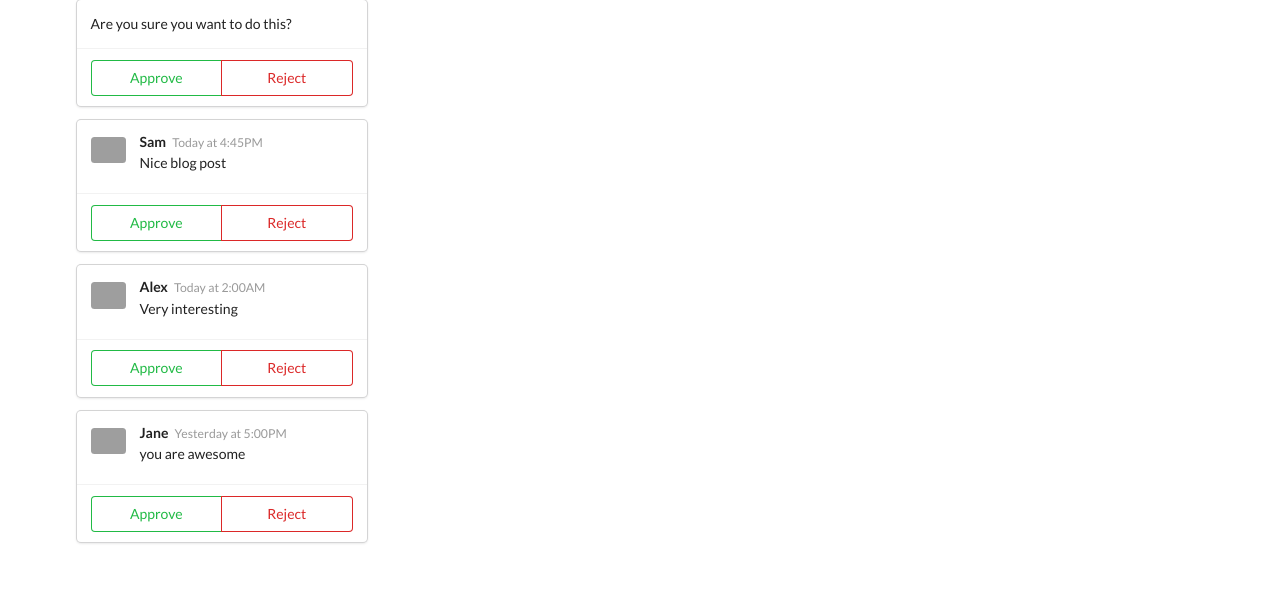
Repository: EgorSherstnev/Components
Page: /
These files come from the project's save history. The page is drawn as it stood at one moment and after the next save; the edit follows.
The browser window is 1280 px wide. The pictures show the whole page.
Pictures or frames that could not be fetched are drawn as grey boxes. The project was rebuilt for these pictures with package versions that can differ from the ones it lists, and the page was loaded fresh each time.

Above is the page before, as saved 2022-09-19 22:57:57.

### src/index.js
import React from "react";
import  ReactDOM  from "react-dom";
import { faker } from "@faker-js/faker";
import CommentDetail from "./CommentDetail";
import ApprovalCard from "./ApprovalCard";

const App = () => {
    return (
        <div className="ui container comments">
          <ApprovalCard>
               Are you sure you want to do this?
          </ApprovalCard>

          <ApprovalCard>
               <CommentDetail
                    author="Sam"
                    timeAgo="Today at 4:45PM"
                    content="Nice blog post"
                    avatar={faker.image.avatar()} />
          </ApprovalCard>
          <ApprovalCard>
               <CommentDetail
                    author="Alex"
                    timeAgo="Today at 2:00AM"
                    content="Very interesting"
                    avatar={faker.image.avatar()} />
          </ApprovalCard>
          <ApprovalCard>
               <CommentDetail
                    author="Jane"
                    timeAgo="Yesterday at 5:00PM"
                    content="you are awesome"
                    avatar={faker.image.avatar()} />
          </ApprovalCard>
        </div>
    );
};

ReactDOM.render(<App />, document.querySelector('#root'))

### src/CommentDetail.js
import React from "react";

const CommentDetail = props => {
    return (
        <div className="comment">
                <a href="/" className="avatar">
                    <img alt="avatar" src={props.avatar}/>
                </a>
                <div className="content">
                    <a href="/" className="author">
                        {props.author}
                    </a>
                    <div className="metadata">
                        <span className="date">{props.timeAgo}</span>
                    </div>
                    <div className="text">{props.content}</div>
                </div>
            </div>
    );
};

export default CommentDetail;

### src/ApprovalCard.js
import React from "react";

const ApprovalCard = props => {
    return (
        <div className="ui card">
            <div className="content">
                {props.children}
            </div>
            <div className="extra content">
                <div className="ui two buttons">
                    <div className="ui basic green button">
                        Approve
                    </div>
                    <div className="ui basic red button">Reject</div>
                </div>
            </div>
        </div>
    );
};

export default ApprovalCard;

Loaded but not shown: public/index.html (common file)

After the next save:
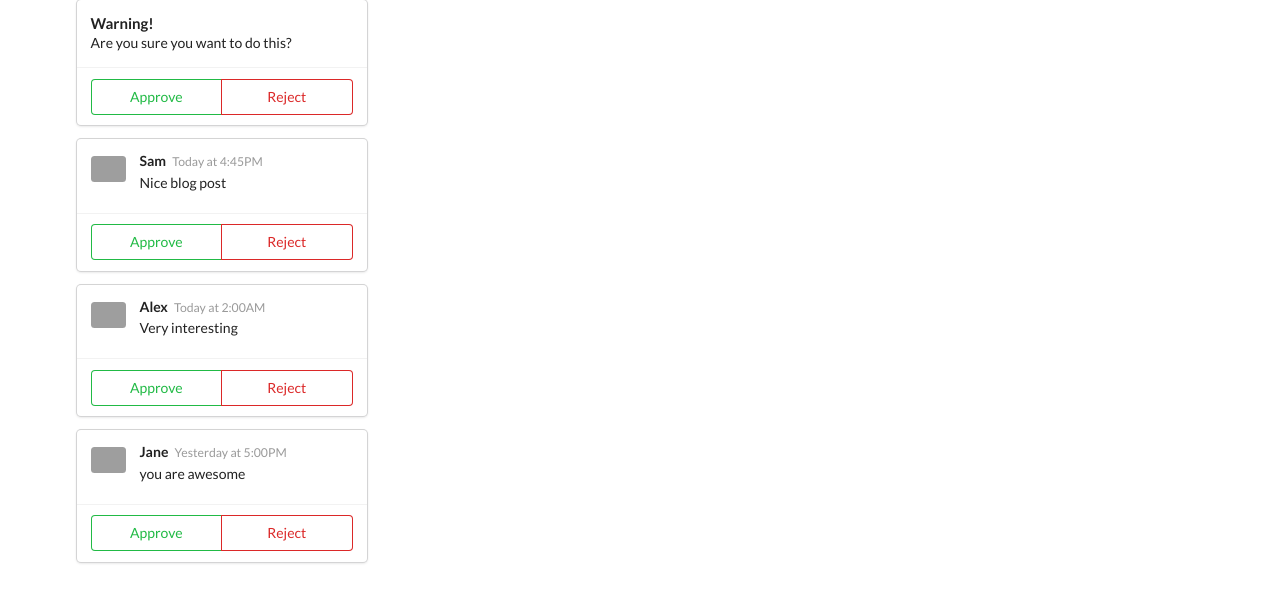
Saved 96 s later.
--- a/src/index.js
+++ b/src/index.js
@@ -8,7 +8,11 @@ const App = () => {
     return (
         <div className="ui container comments">
           <ApprovalCard>
-               Are you sure you want to do this?
+               <div>
+                    <h4>Warning!</h4>
+                    Are you sure you want to do this?
+               </div>
+
           </ApprovalCard>
 
           <ApprovalCard>
